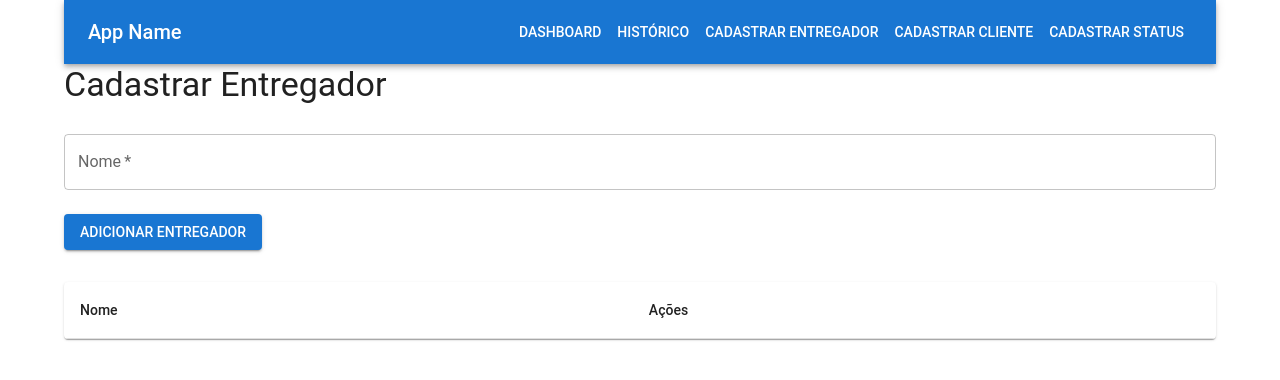
Repository: feliperanon/mobilegestao
Page: /add-entregador (app in frontend/)
The author's editor kept a copy of each file at every save. The page is drawn from the files as they stood at one save, then again after the next save.
The browser window is 1280 px wide. The pictures show the whole page.
The page's requests for data from a server got no answer. The project was rebuilt for these pictures with package versions that can differ from the ones it lists, and the page was loaded fresh each time. No one was signed in, and anything a server would have sent is missing. Also part of the build but not shown: frontend/webpack.config.js, frontend/src/pages/Home.js, frontend/src/pages/History.js, frontend/src/pages/Analysis.js, frontend/src/components/Dashboard.js, frontend/src/components/Login.js, frontend/src/components/Register.js, frontend/src/components/AddCliente.js and 1 more.

Above is the page before, as saved 2024-07-17 19:05:37.

### frontend/public/index.html
<!-- frontend/public/index.html -->

<!DOCTYPE html>
<html lang="en">
<head>
    <meta charset="UTF-8">
    <meta name="viewport" content="width=device-width, initial-scale=1.0">
    <title>Mobile Gestão</title>
</head>
<body>
    <div id="root"></div>
</body>
</html>

### frontend/src/index.js
// frontend/src/index.js

import React from 'react';
import ReactDOM from 'react-dom';
import { BrowserRouter as Router, Route, Switch } from 'react-router-dom';
import { ThemeProvider, createTheme } from '@mui/material/styles';
import CssBaseline from '@mui/material/CssBaseline';
import Home from './pages/Home';
import History from './pages/History';
import Analysis from './pages/Analysis';
import Dashboard from './components/Dashboard';
import Login from './components/Login';
import Register from './components/Register';
import AddEntregador from './components/AddEntregador';
import AddCliente from './components/AddCliente';
import AddStatus from './components/AddStatus';

const theme = createTheme({
  palette: {
    primary: {
      main: '#1976d2',
    },
    secondary: {
      main: '#dc004e',
    },
  },
  typography: {
    fontFamily: 'Roboto, Arial, sans-serif',
  },
});

ReactDOM.render(
  <ThemeProvider theme={theme}>
    <CssBaseline />
    <Router>
      <Switch>
        <Route path="/" exact component={Home} />
        <Route path="/login" component={Login} />
        <Route path="/register" component={Register} />
        <Route path="/dashboard" component={Dashboard} />
        <Route path="/history" component={History} />
        <Route path="/analysis" component={Analysis} />
        <Route path="/add-entregador" component={AddEntregador} />
        <Route path="/add-cliente" component={AddCliente} />
        <Route path="/add-status" component={AddStatus} />
      </Switch>
    </Router>
  </ThemeProvider>,
  document.getElementById('root')
);

### frontend/src/components/AddEntregador.js
// frontend/src/components/AddEntregador.js

import React, { useState } from 'react';
import axios from 'axios';
import {
  Container,
  Typography,
  Box,
  TextField,
  Button,
  Table,
  TableBody,
  TableCell,
  TableContainer,
  TableHead,
  TableRow,
  Paper,
} from '@mui/material';
import Navigation from './Navigation';

const AddEntregador = () => {
  const [nome, setNome] = useState('');
  const [entregadores, setEntregadores] = useState([]);

  const handleSubmit = async (e) => {
    e.preventDefault();
    try {
      const res = await axios.post('http://localhost:5008/api/lists/entregadores', { nome });
      setEntregadores([res.data, ...entregadores]);
      setNome('');
    } catch (err) {
      console.error(err);
    }
  };

  const handleDelete = async (id) => {
    try {
      await axios.delete(`http://localhost:5008/api/lists/entregadores/${id}`);
      setEntregadores(entregadores.filter((ent) => ent._id !== id));
    } catch (err) {
      console.error(err);
    }
  };

  return (
    <Container>
      <Navigation />
      <Typography variant="h4" component="h1" gutterBottom>
        Cadastrar Entregador
      </Typography>
      <Box component="form" onSubmit={handleSubmit} sx={{ mb: 4 }}>
        <TextField
          label="Nome"
          value={nome}
          onChange={(e) => setNome(e.target.value)}
          fullWidth
          required
          margin="normal"
        />
        <Button type="submit" variant="contained" color="primary" sx={{ mt: 2 }}>
          Adicionar Entregador
        </Button>
      </Box>
      <TableContainer component={Paper}>
        <Table>
          <TableHead>
            <TableRow>
              <TableCell>Nome</TableCell>
              <TableCell>Ações</TableCell>
            </TableRow>
          </TableHead>
          <TableBody>
            {entregadores.map((entregador) => (
              <TableRow key={entregador._id}>
                <TableCell>{entregador.nome}</TableCell>
                <TableCell>
                  <Button onClick={() => handleDelete(entregador._id)} color="secondary">
                    Excluir
                  </Button>
                </TableCell>
              </TableRow>
            ))}
          </TableBody>
        </Table>
      </TableContainer>
    </Container>
  );
};

export default AddEntregador;

### frontend/src/components/Navigation.js
// frontend/src/components/Navigation.js

import React from 'react';
import { Link } from 'react-router-dom';
import { AppBar, Toolbar, Typography, Button } from '@mui/material';

const Navigation = () => {
  return (
    <AppBar position="static">
      <Toolbar>
        <Typography variant="h6" sx={{ flexGrow: 1 }}>
          App Name
        </Typography>
        <Button color="inherit" component={Link} to="/dashboard">Dashboard</Button>
        <Button color="inherit" component={Link} to="/history">Histórico</Button>
        <Button color="inherit" component={Link} to="/add-entregador">Cadastrar Entregador</Button>
        <Button color="inherit" component={Link} to="/add-cliente">Cadastrar Cliente</Button>
        <Button color="inherit" component={Link} to="/add-status">Cadastrar Status</Button>
      </Toolbar>
    </AppBar>
  );
};

export default Navigation;

After the next save:
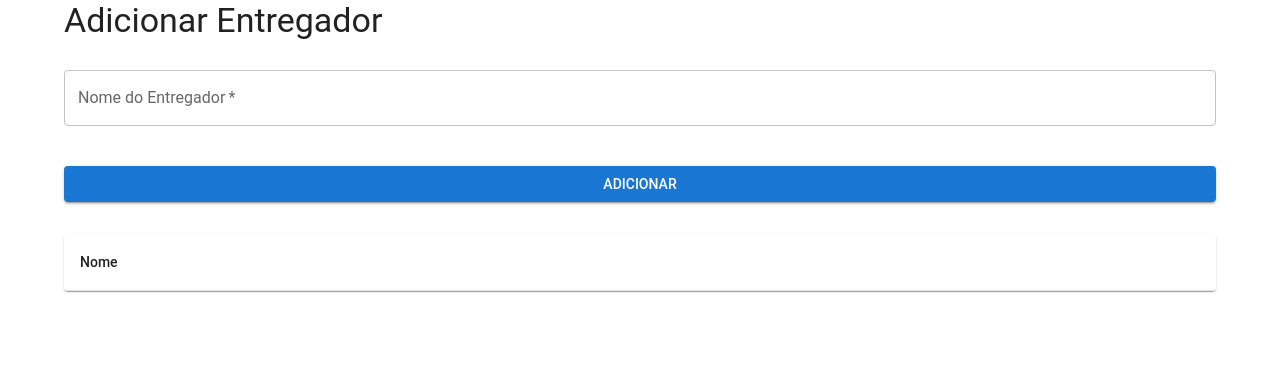
Saved 4 min 52 s later.
--- a/frontend/src/components/AddEntregador.js
+++ b/frontend/src/components/AddEntregador.js
@@ -1,6 +1,4 @@
-// frontend/src/components/AddEntregador.js
-
-import React, { useState } from 'react';
+import React, { useState, useEffect } from 'react';
 import axios from 'axios';
 import {
   Container,
@@ -15,50 +13,54 @@
   TableHead,
   TableRow,
   Paper,
+  MenuItem,
 } from '@mui/material';
-import Navigation from './Navigation';
 
 const AddEntregador = () => {
+  const [entregadores, setEntregadores] = useState([]);
   const [nome, setNome] = useState('');
-  const [entregadores, setEntregadores] = useState([]);
+
+  useEffect(() => {
+    const fetchEntregadores = async () => {
+      try {
+        const response = await axios.get('http://localhost:5008/api/lists/entregadores');
+        setEntregadores(response.data);
+      } catch (error) {
+        console.error('Erro ao buscar entregadores:', error);
+      }
+    };
+
+    fetchEntregadores();
+  }, []);
 
   const handleSubmit = async (e) => {
     e.preventDefault();
     try {
-      const res = await axios.post('http://localhost:5008/api/lists/entregadores', { nome });
-      setEntregadores([res.data, ...entregadores]);
+      const response = await axios.post('http://localhost:5008/api/lists/entregadores', { nome });
+      setEntregadores([...entregadores, response.data]);
       setNome('');
-    } catch (err) {
-      console.error(err);
-    }
-  };
-
-  const handleDelete = async (id) => {
-    try {
-      await axios.delete(`http://localhost:5008/api/lists/entregadores/${id}`);
-      setEntregadores(entregadores.filter((ent) => ent._id !== id));
-    } catch (err) {
-      console.error(err);
+    } catch (error) {
+      console.error('Erro ao adicionar entregador:', error);
     }
   };
 
   return (
     <Container>
-      <Navigation />
       <Typography variant="h4" component="h1" gutterBottom>
-        Cadastrar Entregador
+        Adicionar Entregador
       </Typography>
-      <Box component="form" onSubmit={handleSubmit} sx={{ mb: 4 }}>
+      <Box component="form" onSubmit={handleSubmit} sx={{ mb: 4, display: 'flex', flexDirection: 'row', flexWrap: 'wrap', gap: 2 }}>
         <TextField
-          label="Nome"
+          label="Nome do Entregador"
           value={nome}
           onChange={(e) => setNome(e.target.value)}
           fullWidth
           required
           margin="normal"
+          sx={{ flex: 1 }}
         />
-        <Button type="submit" variant="contained" color="primary" sx={{ mt: 2 }}>
-          Adicionar Entregador
+        <Button type="submit" variant="contained" color="primary" sx={{ mt: 2, flexBasis: '100%' }}>
+          Adicionar
         </Button>
       </Box>
       <TableContainer component={Paper}>
@@ -66,18 +68,12 @@
           <TableHead>
             <TableRow>
               <TableCell>Nome</TableCell>
-              <TableCell>Ações</TableCell>
             </TableRow>
           </TableHead>
           <TableBody>
             {entregadores.map((entregador) => (
               <TableRow key={entregador._id}>
                 <TableCell>{entregador.nome}</TableCell>
-                <TableCell>
-                  <Button onClick={() => handleDelete(entregador._id)} color="secondary">
-                    Excluir
-                  </Button>
-                </TableCell>
               </TableRow>
             ))}
           </TableBody>

After the save that followed:
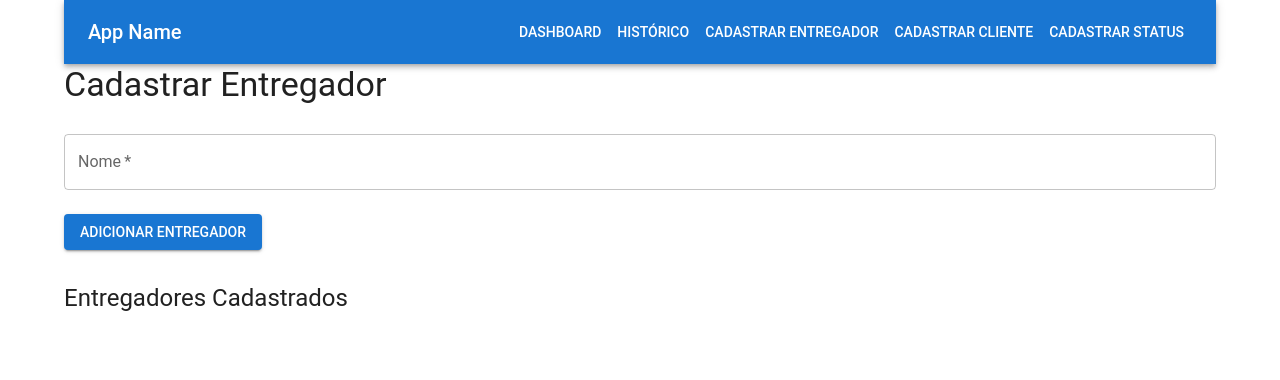
Saved 2 min 46 s later.
--- a/frontend/src/components/AddEntregador.js
+++ b/frontend/src/components/AddEntregador.js
@@ -1,32 +1,25 @@
 import React, { useState, useEffect } from 'react';
 import axios from 'axios';
-import {
-  Container,
-  Typography,
-  Box,
-  TextField,
-  Button,
-  Table,
-  TableBody,
-  TableCell,
-  TableContainer,
-  TableHead,
-  TableRow,
-  Paper,
-  MenuItem,
-} from '@mui/material';
+import { Container, Typography, TextField, Button, Box, List, ListItem, ListItemText, IconButton } from '@mui/material';
+import Navigation from './Navigation';
+import EditIcon from '@mui/icons-material/Edit';
+import DeleteIcon from '@mui/icons-material/Delete';
+import DeactivateIcon from '@mui/icons-material/Block';
 
 const AddEntregador = () => {
+  const [nome, setNome] = useState('');
   const [entregadores, setEntregadores] = useState([]);
-  const [nome, setNome] = useState('');
+  const [message, setMessage] = useState('');
+  const [editMode, setEditMode] = useState(false);
+  const [editId, setEditId] = useState(null);
 
   useEffect(() => {
     const fetchEntregadores = async () => {
       try {
         const response = await axios.get('http://localhost:5008/api/lists/entregadores');
         setEntregadores(response.data);
-      } catch (error) {
-        console.error('Erro ao buscar entregadores:', error);
+      } catch (err) {
+        console.error('Erro ao buscar entregadores', err);
       }
     };
 
@@ -36,49 +29,90 @@
   const handleSubmit = async (e) => {
     e.preventDefault();
     try {
-      const response = await axios.post('http://localhost:5008/api/lists/entregadores', { nome });
-      setEntregadores([...entregadores, response.data]);
+      if (editMode) {
+        await axios.put(`http://localhost:5008/api/lists/entregadores/${editId}`, { nome });
+        setMessage('Entregador atualizado com sucesso!');
+      } else {
+        const response = await axios.post('http://localhost:5008/api/lists/entregadores', { nome });
+        setEntregadores([...entregadores, response.data]);
+        setMessage('Entregador cadastrado com sucesso!');
+      }
       setNome('');
-    } catch (error) {
-      console.error('Erro ao adicionar entregador:', error);
+      setEditMode(false);
+      setEditId(null);
+    } catch (err) {
+      setMessage('Erro ao adicionar/atualizar entregador. Tente novamente.');
+      console.error('Erro ao adicionar/atualizar entregador', err);
+    }
+  };
+
+  const handleEdit = (id, nome) => {
+    setEditMode(true);
+    setEditId(id);
+    setNome(nome);
+  };
+
+  const handleDelete = async (id) => {
+    try {
+      await axios.delete(`http://localhost:5008/api/lists/entregadores/${id}`);
+      setEntregadores(entregadores.filter(entregador => entregador._id !== id));
+      setMessage('Entregador excluído com sucesso!');
+    } catch (err) {
+      setMessage('Erro ao excluir entregador. Tente novamente.');
+      console.error('Erro ao excluir entregador', err);
+    }
+  };
+
+  const handleDeactivate = async (id) => {
+    try {
+      await axios.patch(`http://localhost:5008/api/lists/entregadores/${id}/deactivate`);
+      setEntregadores(entregadores.map(entregador => entregador._id === id ? { ...entregador, ativo: false } : entregador));
+      setMessage('Entregador desativado com sucesso!');
+    } catch (err) {
+      setMessage('Erro ao desativar entregador. Tente novamente.');
+      console.error('Erro ao desativar entregador', err);
     }
   };
 
   return (
     <Container>
+      <Navigation />
       <Typography variant="h4" component="h1" gutterBottom>
-        Adicionar Entregador
+        Cadastrar Entregador
       </Typography>
-      <Box component="form" onSubmit={handleSubmit} sx={{ mb: 4, display: 'flex', flexDirection: 'row', flexWrap: 'wrap', gap: 2 }}>
+      <Box component="form" onSubmit={handleSubmit} sx={{ mb: 4 }}>
         <TextField
-          label="Nome do Entregador"
+          label="Nome"
           value={nome}
           onChange={(e) => setNome(e.target.value)}
           fullWidth
           required
           margin="normal"
-          sx={{ flex: 1 }}
         />
-        <Button type="submit" variant="contained" color="primary" sx={{ mt: 2, flexBasis: '100%' }}>
-          Adicionar
+        <Button type="submit" variant="contained" color="primary" sx={{ mt: 2 }}>
+          {editMode ? 'Atualizar Entregador' : 'Adicionar Entregador'}
         </Button>
+        {message && <Typography variant="body2" color="textSecondary">{message}</Typography>}
       </Box>
-      <TableContainer component={Paper}>
-        <Table>
-          <TableHead>
-            <TableRow>
-              <TableCell>Nome</TableCell>
-            </TableRow>
-          </TableHead>
-          <TableBody>
-            {entregadores.map((entregador) => (
-              <TableRow key={entregador._id}>
-                <TableCell>{entregador.nome}</TableCell>
-              </TableRow>
-            ))}
-          </TableBody>
-        </Table>
-      </TableContainer>
+      <Typography variant="h5" component="h2" gutterBottom>
+        Entregadores Cadastrados
+      </Typography>
+      <List>
+        {entregadores.map((entregador) => (
+          <ListItem key={entregador._id}>
+            <ListItemText primary={entregador.nome} />
+            <IconButton onClick={() => handleEdit(entregador._id, entregador.nome)}>
+              <EditIcon />
+            </IconButton>
+            <IconButton onClick={() => handleDeactivate(entregador._id)}>
+              <DeactivateIcon />
+            </IconButton>
+            <IconButton onClick={() => handleDelete(entregador._id)}>
+              <DeleteIcon />
+            </IconButton>
+          </ListItem>
+        ))}
+      </List>
     </Container>
   );
 };
